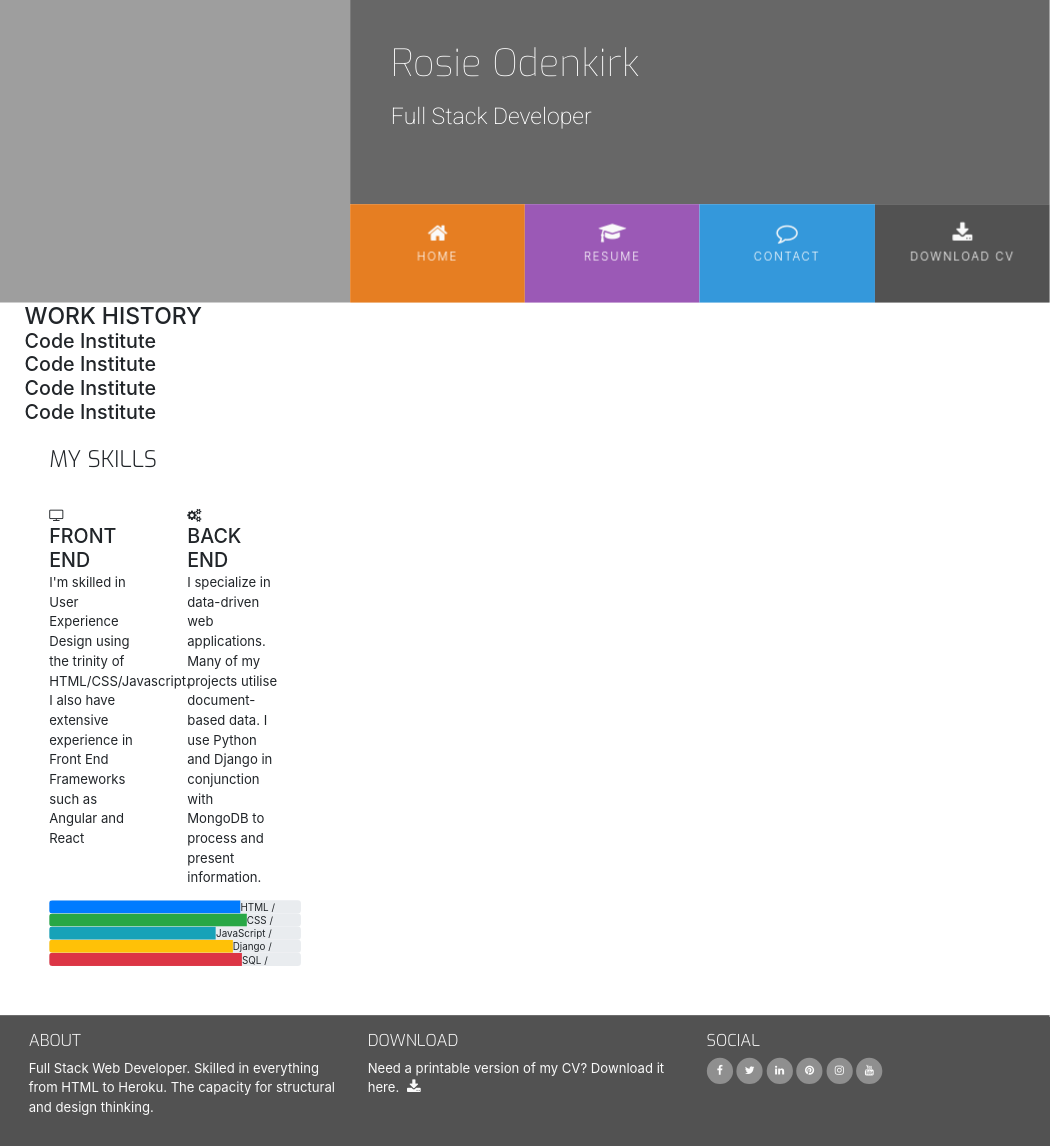
Repository: mark-joyce/portfolio
Page: resume.html
The author's editor kept a record of every edit. The page is drawn from the files as they stood at one moment, then again after the next edit.
The browser window is 1280 px wide. The pictures show the whole page, at 82% of full size.
Pictures or frames that could not be fetched are drawn as grey boxes. Some web libraries are served in a nearby version.

Above is the page before.

### resume.html
<!DOCTYPE html>
<html lang="en">

<head>
    <meta charset="UTF-8">
    <meta name="viewport" content="width=device-width, initial-scale=1.0">
    <meta http-equiv="X-UA-Compatible" content="ie=edge">
    <link rel="stylesheet" href="https://maxcdn.bootstrapcdn.com/bootstrap/4.2.1/css/bootstrap.min.css" type="text/css" />
    <link rel="stylesheet" href="https://maxcdn.bootstrapcdn.com/font-awesome/4.7.0/css/font-awesome.min.css" type="text/css" />
    <link rel="stylesheet" href="https://cdnjs.cloudflare.com/ajax/libs/hover.css/2.1.1/css/hover-min.css" type="text/css" />
    <link rel="stylesheet" href="assets/css/style.css">
    <title>Rosie</title>
</head>

<body>
    <header>
        <div class="row no-gutters">
            <a class="col-md-4 logo" href="02-index.html"></a>
            <div class="col-md-8">
                <div class="row no-gutters bg-color-name-title">
                    <div class="col heading">
                        <h1 class="name">Rosie Odenkirk</h1>
                        <h2 class="title"> Full Stack Developer</h2>
                    </div>
                </div>
                <div class="row no-gutters">
                    <div class="col">
                        <ul id="nav" class="list-inline menucontainer">
                            <li class="col-6 col-sm-3 list-inline-item ui-menu-color-home menuitem">
                                <a href="#" class="hvr-sweep-to-bottom"><i class="fa fa-home" aria-hidden="true"></i><span>Home</span></a>
                            </li>
                            <li class="col-6 col-sm-3 list-inline-item ui-menu-color-resume menuitem">
                                <a href="#" class="hvr-sweep-to-bottom"><i class="fa fa-graduation-cap" aria-hidden="true"></i><span>Resume</span></a>
                            </li>
                            <li class="col-6 col-sm-3 list-inline-item ui-menu-color-contact menuitem">
                                <a href="#" class="hvr-sweep-to-bottom"><i class="fa fa-comment-o" aria-hidden="true"></i><span>Contact</span></a>
                            </li>
                            <li class="col-6 col-sm-3 list-inline-item ui-menu-color-download menuitem">
                                <a href="#" class="hvr-sweep-to-bottom"><i class="fa fa-download" aria-hidden="true"></i><span>Download CV</span></a>
                            </li>
                        </ul>
                    </div>
                </div>
            </div>
        </div>
    </header>
    <section class="container-fluid">
        <div class="row">
            <div class="col-md-4 bg-color-work-history section-column">
                <div class="row">
                    <div class="col-12">
                        <h3 class="history-heading uppercase">
                            Work History
                        </h3>
                    </div>
                </div>
                <div class="history-items">
                <div class="timeline-item" data-dates="02/1998 - 04/2004">
                    <h4>Code Institute</h4>
                </div>
                <div class="timeline-item" data-dates="02/1998 - 04/2004">
                    <h4>Code Institute</h4>
                </div>
                <div class="timeline-item" data-dates="02/1998 - 04/2004">
                    <h4>Code Institute</h4>
                </div>
                <div class="timeline-item" data-dates="02/1998 - 04/2004">
                    <h4>Code Institute</h4>
                </div>
            </div>
            <div class="col-md-8 bg-color-three-reasons section-column">
                <div class="row">
                    <div class="col">
                        <h3 class="section-heading uppercase">My Skills</h3>
                    </div>
                </div>
                <div class="row">
                    <div class="col-10 offset-1 offset-sm-0 col-sm-4 col-md-6">
                        <div class="row">
                            <div class="col-2">
                                <i class="three-reasons-icon fa fa-tv" aria-hidden="true"></i>
                            </div>
                            <div class="col-10">
                                <h4 class="three-reasons-heading uppercase">Front End</h4>
                                <p>
                                    I'm skilled in User Experience Design using the trinity of HTML/CSS/Javascript. I also have extensive experience in Front End Frameworks such as Angular and React
                                </p>
                            </div>
                        </div>
                    </div>
                    <div class="col-10 offset-1 offset-sm-0 col-sm-4 col-md-6">
                        <div class="row">
                            <div class="col-2">
                                <i class="three-reasons-icon fa fa-gears" aria-hidden="true"></i>
                            </div>
                            <div class="col-10">
                                <h4 class="three-reasons-heading uppercase">Back End</h4>
                                <p>
                                    I specialize in data-driven web applications. Many of my projects utilise document-based data. I use Python and Django in conjunction with MongoDB to process and present information.
                                </p>
                            </div>
                        </div>
                    </div>
                </div>
                <div class="row progress-section">
                    <div class="col">
                        <div class="progress">
                            <div class="progress-bar" role="progressbar" aria-valuenow="90" aria-valuemin="0" aria-valuemax="100" style="width:90%;">
                                <span class="sr-only">90% complete</span>
                            </div>
                            <span class="progress-type">HTML / HTML5</span>
                        </div>
                        <div class="progress">
                            <div class="progress-bar bg-success" role="progressbar" aria-valuenow="80" aria-valuemin="0" aria-valuemax="100" style="width:80%;">
                                <span class="sr-only">80% complete</span>
                            </div>
                            <span class="progress-type">CSS / CSS3</span>
                        </div>
                        <div class="progress">
                            <div class="progress-bar bg-info" role="progressbar" aria-valuenow="70" aria-valuemin="0" aria-valuemax="100" style="width:70%;">
                                <span class="sr-only">70% complete</span>
                            </div>
                            <span class="progress-type">JavaScript / jQuery</span>
                        </div>
                        <div class="progress">
                            <div class="progress-bar bg-warning" role="progressbar" aria-valuenow="80" aria-valuemin="0" aria-valuemax="100" style="width:80%;">
                                <span class="sr-only">80% complete</span>
                            </div>
                            <span class="progress-type">Django / Python</span>
                        </div>
                        <div class="progress">
                            <div class="progress-bar bg-danger" role="progressbar" aria-valuenow="80" aria-valuemin="0" aria-valuemax="100" style="width:80%;">
                                <span class="sr-only">80% complete</span>
                            </div>
                            <span class="progress-type">SQL / NoSQL</span>
                        </div>
                    </div>
                </div>
            </div>
        </div>

    </section>
    <footer class="container-fluid">
        <div id="footer-details" class="row">
            <div class="col-sm-4">
                <h5 class="uppercase general-sub">About</h5>
                <p class="inline-block">
                    Full Stack Web Developer. Skilled in everything from HTML to Heroku. The capacity for structural and design thinking.
                </p>
            </div>
            <div class="col-sm-4">
                <h5 class="uppercase general-sub">Download</h5>
                <p class="inline-block">
                    Need a printable version of my CV? Download it here.
                    <a href="#" target="_blank" class="cv-pdf">
                        <i class="fa fa-download" aria-hidden="true"></i>
                        <span class="sr-only">Download link.</span>
                    </a>
                </p>
            </div>
            <div class="col-sm-4">
                <h5 class="uppercase general-sub">Social</h5>
                <ul class="list-inline social-links">
                    <li class="list-inline-item">
                        <a target="_blank" href="#">
                            <i class="fa fa-facebook" aria-hidden="true"></i>
                            <span class="sr-only">Facebook</span>
                        </a>
                    </li>
                    <li class="list-inline-item">
                        <a target="_blank" href="#">
                            <i class="fa fa-twitter" aria-hidden="true"></i>
                            <span class="sr-only">Twitter</span>
                        </a>
                    </li>
                    <li class="list-inline-item">
                        <a target="_blank" href="#">
                            <i class="fa fa-linkedin" aria-hidden="true"></i>
                            <span class="sr-only">LinkedIn</span>
                        </a>
                    </li>
                    <li class="list-inline-item">
                        <a target="_blank" href="#">
                            <i class="fa fa-pinterest" aria-hidden="true"></i>
                            <span class="sr-only">Pinterest</span>
                        </a>
                    </li>
                    <li class="list-inline-item">
                        <a target="_blank" href="#">
                            <i class="fa fa-instagram" aria-hidden="true"></i>
                            <span class="sr-only">Instagram</span>
                        </a>
                    </li>
                    <li class="list-inline-item">
                        <a target="_blank" href="#">
                            <i class="fa fa-youtube" aria-hidden="true"></i>
                            <span class="sr-only">YouTube</span>
                        </a>
                    </li>
                </ul>
            </div>
        </div>
    </footer>
</body>

</html>

### assets/css/style.css
@import url('https://fonts.googleapis.com/css?family=Roboto:100,200,300,400,500,600,700|Exo:100,200,300,400,500,600,700');

/*--------------------------------------------Colors*/

.bg-color-name-title {
    background-color: #676767;
}

.bg-color-three-reasons {
    background-color: #fff;
}

.ui-menu-color-home {
    background-color: #e67e22;
}

.ui-menu-color-resume {
    background-color: #9b59b6;
}

.ui-menu-color-contact {
    background-color: #3498db;
}

.ui-menu-color-download {
    background-color: #525252;
}

/* ----------------------------------------Special paddings/margins/text */

h1,
h2,
h3,
h4 {
    margin: 0;
}

.uppercase {
    text-transform: uppercase;
}

.general-sub {
    font-family: "Exo", sans-serif;
    font-weight: 300;
    color: #fafafa;
}

.inline-block {
    display: inline-block;
}

.row-table {
    display: table;
}

.section-column {
    display: table-cell;
    padding: 0 30px 30px;
    float: none;
}

.section-heading {
    font-family: "Exo", sans-serif;
    font-weight: 300;
    margin-top: 25px;
    margin-bottom: 40px;
}

/*--------------------------------------------Heading*/

header {
    margin: 0;
}

.heading {
    margin-left: 50px;
}

.logo {
    background: url("https://github.com/Code-Institute-Solutions/resume-miniproject-bootstrap4/blob/master/09-adding-footer-content/assets/images/rosie.jpg?raw=true");
    background-position: center;
    background-repeat: no-repeat;
    background-size: cover;
    min-height: 360px;
    transition: all .5s ease-in-out;
    -moz-transition: all .5s ease-in-out;
    -webkit-transition: all .5s ease-in-out;
}

.name {
    font-family: "Exo", sans-serif;
    font-weight: 100;
    font-size: 46px;
    margin-top: 50px;
    color: #fff;
}

.title {
    font-family: "Roboto", sans-serif;
    font-weight: 200;
    font-size: 28px;
    margin-top: 20px;
    margin-bottom: 90px;
    color: #fff;
}

.list-inline-item:not(:last-child) {
    margin: 0;
}

.menucontainer {
    font-size: 0;
}

#nav li {
    font-size: 14px;
    padding: 0;
}

#nav {
    margin: 0;
}

.menuitem {
    height: 120px;
    text-align: center;
    padding: 0;
}

.menuitem a {
    width: 100%;
    text-decoration: none;
    color: #fff;
    height: 120px;
}

.menuitem a i {
    padding-top: 22px;
    display: block;
    color: #fafafa;
    font-size: 26px;
}

.menuitem span {
    display: block;
    width: 100%;
    padding-top: 5px;
    text-align: center;
    text-transform: uppercase;
    font-size: 14px;
    font-weight: 300;
    letter-spacing: 2px;
}

/*--------------------------------------------Hover.css*/

.hvr-sweep-to-bottom:before {
    background: rgba(0, 0, 0, 0.2);
    height: 120px;
}

/* ----------------------------------------Footer */

footer {
    background-color: #525252;
    color: #fafafa;
    min-height: 120px;
    margin: 0;
}

.cv-pdf i {
    font-size: 18px;
    color: #fafafa;
    text-align: center;
    padding-left: 5px;
    transition: all 0.35s ease-in-out;
    -moz-transition: all 0.35s ease-in-out;
    -webkit-transition: all 0.35s ease-in-out;
    -o-transition: all 0.35s ease-in-out;
}

.cv-pdf i:hover {
    color: #e84610;
}

.social-links {
    padding-bottom: 15px;
}

.social-links li a i {
    width: 32px;
    height: 32px;
    padding: 12px 0;
    border-radius: 50%;
    font-size: 13px;
    line-height: 7px;
    text-align: center;
    color: #fafafa;
    background: #8f8f8f;
    transition: all 0.35s ease-in-out;
    -moz-transition: all 0.35s ease-in-out;
    -webkit-transition: all 0.35s ease-in-out;
    -o-transition: all 0.35s ease-in-out;
}

.social-links li a i:hover {
    background: #e84610;
}

#footer-details {
    padding: 20px;
}

After the next edit:
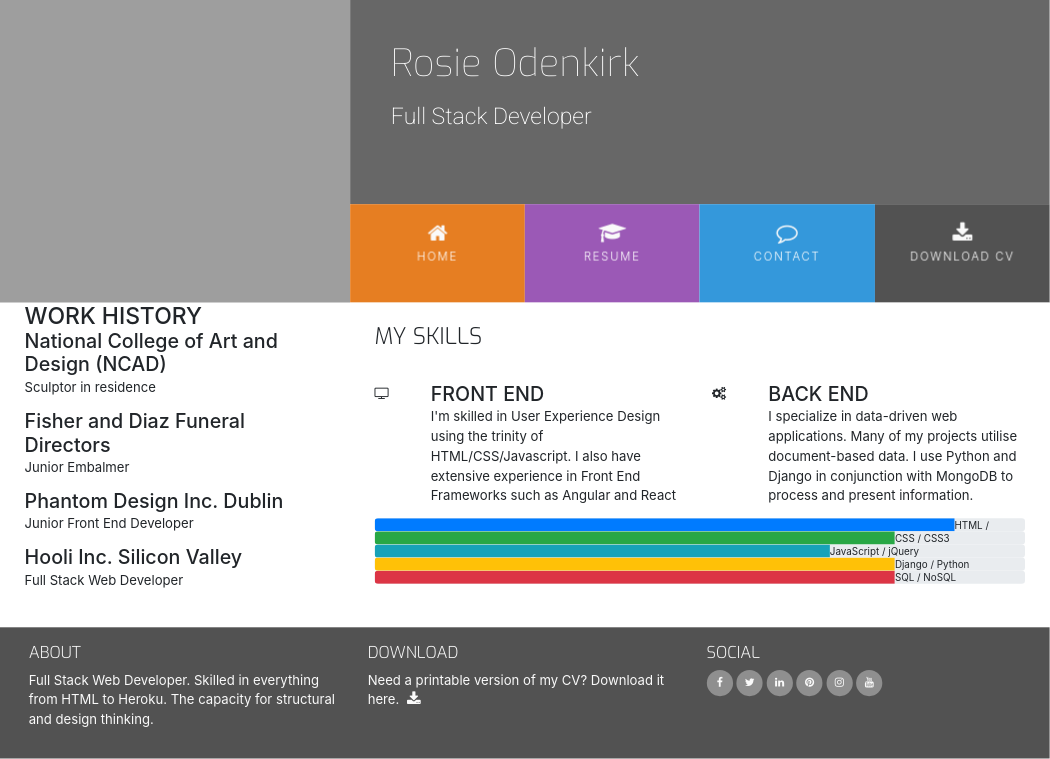
The edit:
--- a/resume.html
+++ b/resume.html
@@ -1,6 +1,5 @@
 <!DOCTYPE html>
 <html lang="en">
-
 <head>
     <meta charset="UTF-8">
     <meta name="viewport" content="width=device-width, initial-scale=1.0">
@@ -11,7 +10,6 @@
     <link rel="stylesheet" href="assets/css/style.css">
     <title>Rosie</title>
 </head>
-
 <body>
     <header>
         <div class="row no-gutters">
@@ -55,17 +53,22 @@
                     </div>
                 </div>
                 <div class="history-items">
-                <div class="timeline-item" data-dates="02/1998 - 04/2004">
-                    <h4>Code Institute</h4>
-                </div>
-                <div class="timeline-item" data-dates="02/1998 - 04/2004">
-                    <h4>Code Institute</h4>
-                </div>
-                <div class="timeline-item" data-dates="02/1998 - 04/2004">
-                    <h4>Code Institute</h4>
-                </div>
-                <div class="timeline-item" data-dates="02/1998 - 04/2004">
-                    <h4>Code Institute</h4>
+                    <div class="timeline-item" data-dates="02/1998 - 04/2004">
+                        <h4>National College of Art and Design (NCAD)</h4>
+                        <p>Sculptor in residence</p>
+                    </div>
+                    <div class="timeline-item" data-dates="04/2004 - 06/2008">
+                        <h4>Fisher and Diaz Funeral Directors</h4>
+                        <p>Junior Embalmer</p>
+                    </div>
+                    <div class="timeline-item" data-dates="06/2008 - 06/2011">
+                        <h4>Phantom Design Inc. Dublin</h4>
+                        <p>Junior Front End Developer</p>
+                    </div>
+                    <div class="timeline-item" data-dates="06/2011 - Present">
+                        <h4>Hooli Inc. Silicon Valley</h4>
+                        <p>Full Stack Web Developer</p>
+                    </div>
                 </div>
             </div>
             <div class="col-md-8 bg-color-three-reasons section-column">
@@ -202,5 +205,4 @@
         </div>
     </footer>
 </body>
-
 </html>
